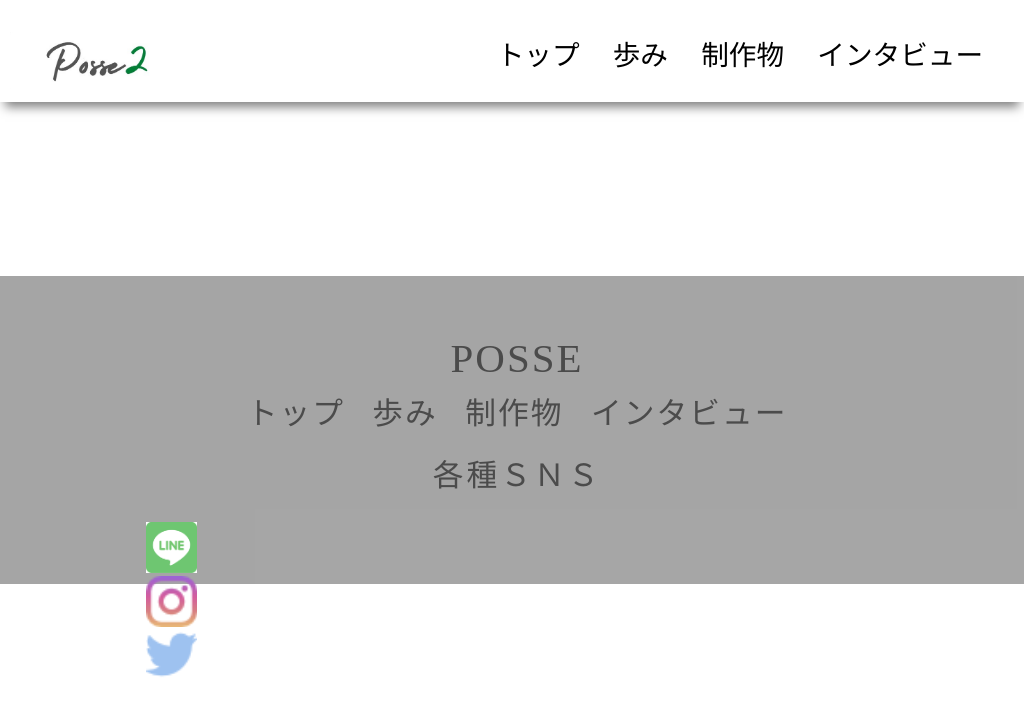
Repository: posse-ap/posse2-hackathon-202202-team2A
Page: topPage/index.html
The author's editor kept a copy of each file at every save. The page is drawn from the files as they stood at one save, then again after the next save.
The browser window is 1024 px wide. The pictures show the whole page.

Above is the page before, as saved 2022-02-15 03:00:01.

### topPage/index.html
<!DOCTYPE html>
<html lang="en">

<head>
    <meta charset="UTF-8" />
    <meta http-equiv="X-UA-Compatible" content="IE=edge" />
    <meta name="viewport" content="width=device-width, initial-scale=1.0" />
    <title>Document</title>
    <link rel="stylesheet" href="/reset.css" />
    <link rel="stylesheet" href="/topPage/style.css" />
</head>

<body>
    <!-- <header id="header" class="header">
        <div class="header_content">
            <div class="header_title">
                <img src="/topPage images/S__31211608.jpg" alt="" class="header_title_img">
            </div>
            <div class="header_links">
                <ul>
                    <li><a href="">トップページ</a></li>
                    <li><a href="">活動記録</a></li>
                    <li><a href="">日常の記録</a></li>
                    <li><a href="">保護者の方へ</a></li>
                </ul>
            </div>
        </div>
    </header> -->

    <header id="header" class="header">
        <div class="header_content">
            <div class="header_title">
                <img src="/topPage images/S__31211608.jpg" alt="" class="header_title_img">
            </div>
            <!-- ①サイトタイトル -->
            <div class="nav-wrapper header_links">
                <!-- ②ナビゲーションメニュー -->
                <nav class="header-nav">
                    <ul class="nav-list">
                        <li class="nav-item">
                            <a href="">トップ</a>
                        </li>
                        <li class="nav-item">
                            <a href="">歩み</a>
                        </li>
                        <li class="nav-item">
                            <a href="">制作物</a>
                        </li>
                        <li class="nav-item">
                            <a href="">インタビュー</a>
                        </li>
                    </ul>
                </nav>
            </div>
            <button class="burger-btn">
                <!-- ③ハンバーガーボタン -->
                <span class="bar bar_top"></span>
                <span class="bar bar_mid"></span>
                <span class="bar bar_bottom"></span>
            </button>
        </div>
    </header>



    <footer class="footer">
        <div class='footer_box'>
            <div class="footer_box1">
                <div class='footer_official_box'>
                    <label for="logo"><p>POSSE</p></label>
                    <!-- <a id='logo'  href="https://posse.anti-pattern.co.jp/"><img class='posse_logo_footer' src="img\posseLogo.png" alt="ポッセロゴ"></a> -->
                </div>
                <div class='footer_other_box'>
                    <div class='footer_page_in_site'>
                        <a href="">トップ</a>
                        <a href="">歩み</a>
                        <a href="">制作物</a>
                        <a href="">インタビュー</a>
                    </div>
                </div>
            </div>
            <div class='SNS'>
                <p>各種ＳＮＳ</p>
                <div class='SNS_box'>
                    <a href=""><img src="/topPage images/LINE.png" alt=""></a>
                    <a href="https://instagram.com/posse_programming?utm_medium=copy_link"><img src="/topPage images/instagram2.png" alt="instagram"></a>
                    <a href="https://twitter.com/posse_program?s=20"><img src="/topPage images/twitter2.png" alt="twitter"></a>
                </div>
            </div>
        </div>
    </footer>

    <script src="https://ajax.googleapis.com/ajax/libs/jquery/3.6.0/jquery.min.js"></script>
    <script src="/topPage/script.js"></script>
</body>

</html>

### topPage/style.css
html {
    font-size: 1vw;
}

body {
    text-align: center;
    margin: 0 auto;
    font-family: "ヒラギノ丸ゴ Pro W4", "ヒラギノ丸ゴ Pro", "Hiragino Maru Gothic Pro", "ヒラギノ角ゴ Pro W3", "Hiragino Kaku Gothic Pro", "HG丸ｺﾞｼｯｸM-PRO", "HGMaruGothicMPRO";
}

.header_content {
    width: 95%;
    height: 90%;
    display: flex;
    justify-content: space-between;
    opacity: 1;
    margin: 0 6rem 0.3rem 1rem;
}

.header_title {
    display: flex;
}

.header_title_img {
    display: block;
    width: 12rem;
    height: 4rem;
    opacity: 1;
}



.header_links {
    width: 40%;
    padding: 1rem 0 0 0;
}

.header_links ul {
    display: flex;
    justify-content: space-between;
}

.header_links li a {
    display: block;
    color: black;
    text-decoration: none;
    font-size: 1.7rem;
}

.header_links li a:hover {
    opacity: 0.4;
    transform: translate(0, -5px);
}


.header {
    width: 100%;
    height: 6rem;
    background: white;
    position: fixed;
    top: 0;
    left: 0;
    padding-top: 1.1rem;
    box-sizing: border-box;
    z-index: 5;
    box-shadow: 0px 10px 10px -5px rgba(0, 0, 0, 0.5);
}

.SNS_box{
    width: 150%;
}


/* -------------------- */
/* header
  /* -------------------- */
/* .header {
    align-items: center;
    background-color: #1b1310;
    border-bottom: 1px solid #fff;
    color: #fff;
    display: flex;
    height: 74px;
    justify-content: space-between;
    padding: 0 120px;
} */

/* .nav-list {

    display: flex;
} */

/* .nav-item {

    margin-right: 55px;
} */

.burger-btn {
    display: none;
}

/* ------------------ */
/* fv
  /* ------------------ */
.fv {
    align-items: center;
    background-color: #141414;
    background-image: url(../img/fv-bgi@2x.jpg);
    background-position: center;
    background-size: cover;
    display: flex;
    flex-direction: column;
    height: 90vh;
    justify-content: center;
}

/* .main-copy {
    border: 2px solid #fff;
    color: #fff;
    font-size: 50px;
    font-weight: bold;
    padding: 34px 42px;
} */

/* ------------------ */
/* about
  /* ------------------ */
.section-title {
    font-size: 36px;
    font-weight: bold;
    letter-spacing: .05em;
    margin-bottom: 70px;
    text-align: center;
}

h3 {
    font-size: 2.4rem;
    font-weight: bold;
    letter-spacing: .1em;
    line-height: 2;
    margin-bottom: 40px;
}

.section-wrapper {
    padding: 100px 10% 50px;
}

@media screen and (min-width:541px) and (max-width:1024px) {
    .header{
        height: 10rem;
    }

    .header_content{
        padding-top: 2rem;
    }

    .header_title_img{
        width: 100%;
        height: 70%;
    }

    .header_links li a{
        font-size: 2.7rem;
        margin-top: 0;
    }

    .header_links{
        width: 50%;
    }
}

@media screen and (max-width:540px) {

    /* ----------------------- */
    /* base_sp
    /* ----------------------- */
    /* デフォルトのbuttonスタイルをリセット */
    button {
        -webkit-appearance: none;
        -moz-appearance: none;
        appearance: none;
        background: transparent;
        border: 0;
        border-radius: 0;
        color: inherit;
        cursor: pointer;
        font: inherit;
        margin: 0;
        outline: none;
        padding: 0;
        vertical-align: middle;
    }

    /* ------------------ */
    /* humberger-menu */
    /* ------------------ */
    .header {
        padding: 0;
        height: 15rem;
    }

    .header_title_img{
        margin-top: 2rem;
        width: 30rem;
        height: 10rem;
    }

    /* 以下、ハンバーガーボタン */
    .burger-btn {
        display: block;
        height: 22%;
        position: relative;
        width: 20%;
        z-index: 3;
        /* codepenの挙動のため */
        background-color: transparent;
        border: none;
        margin-top: 6rem;
    }



    .bar {
        background-color: black;
        display: block;
        height: 0.1rem;
        left: 50%;
        position: absolute;
        transform: translateX(-50%);
        width: 7rem;
    }

    .bar_top {
        top: 3rem;
    }

    .bar_mid {
        top: 50%;
        transform: translate(-50%, -50%);
    }

    .bar_bottom {
        bottom: 3rem;
    }

    .burger-btn.close{
        margin-top: 8.4rem;
    }

    .burger-btn.close .bar_top {
        transform: translate(-50%,-4.3rem) rotate(45deg);
        transition: transform .3s;
    }

    .burger-btn.close .bar_mid {
        opacity: 0;
        transition: opacity .3s;
    }

    .burger-btn.close .bar_bottom {
        transform: translate(-50%, -1rem) rotate(-45deg);
        transition: transform .3s;
    }

    /* スクロール制御 */
    .noscroll {
        overflow: hidden;
    }

    /* 以下、ハンバーガーメニュー */
    .nav-wrapper {
        visibility: hidden;
        height: 100vh;
        left: 0;
        position: fixed;
        top: 0;
        width: 100vw;
        opacity: 0;
        transition: opacity .5s;
        z-index: 2;
        /*キービジュアルと.btn_triggerとの重なりの前後関係を調整*/
    }

    .header-nav {
        background-color: white;
        height: 100%;
        width: 100%;
        z-index: 2;
    }

    .header_links ul{
        display: block;
    }

    .nav-list {
        display: block;
        left: 50%;
        position: absolute;
        text-align: center;
        top: 50%;
        transform: translate(-50%, -50%);
    }

    .nav-item {
        margin-bottom: 40px;
        margin-right: 0;
    }

    .header_links li a{
        font-size: 5rem;
    }

    /* メニューオープン時 */
    .nav-wrapper.fade {
        opacity: 1;
        visibility: visible;
    }

    /* ------------------ */
    /* fv */
    /* ------------------ */
    .main-copy {
        font-size: 30px;
    }

    /* ------------------ */
    /* about */
    /* ------------------ */
    h3 {
        font-size: 20px;
        margin-bottom: 30px;
    }

    .section-wrapper {
        padding: 100px 5% 50px;
    }
}

/* ふったー */
.footer {
    background-color: grey;
    opacity: 0.7;
}

.footer_box {
    width: 65%;
    height: 15rem;
    display: flex;
    justify-content: space-around;
    padding: 6rem 0 0 0;
    position: relative;
    right: -23%;
    margin-top: 27rem;
}

.footer_official_box label p {
    color: black;
    font-size: 2.6rem;
    letter-spacing: 0.2rem;
}

.footer_official_box label p:hover {
    opacity: 0.4;
    transform: translate(0, -5px);
}

.footer_page_in_site a {
    color: black;
    text-decoration: none;
    font-size: 1.8rem;
    letter-spacing: 0.2rem;
}

.footer_page_in_site a:hover {
    opacity: 0.4;
    transform: translate(0, -5px);
}

.SNS {
    width: 14%;
}

.SNS_box a {
    margin: 1rem;
}

.SNS_box a img {
    width: 3rem;
    height: 3rem;
}

.SNS_box a :hover {
    opacity: 0.4;
    transform: translate(0, -5px);
}

.SNS p {
    color: black;
    font-size: 1.8rem;
    margin: 1rem 0;
    margin-left: 6rem;
    letter-spacing: 0.3rem;
    white-space: nowrap;
}

/* .SNS p:hover {
    opacity: 0.4;
    transform: translate(0, -5px);
} */

.posse_logo_footer {
    width: 80%;
    height: 40%;
}

.footer_other_box {
    font-size: 1.5rem;
    letter-spacing: 0.3rem;
    margin: 2rem;
}

.footer_page_in_site a {
    margin: 0 1rem;
}

.SNS_box{width: 250%;}

@media screen and (min-width:541px) and (max-width:1024px) {
    .footer{
        height: 30rem;
    }

    .footer_official_box label p{
        font-size: 7rem;
    }

    .SNS p{
        display: block;
        margin-left: 0;
        margin: 3rem auto;
        font-size: 3rem;
        white-space: nowrap;
    }

    .footer_page_in_site a{
        font-size: 3rem;
    }

    .footer_box{
        width: 75%;
        display: block;
        right: -13%;
    }

    .SNS{
        margin: 0 auto;
        width: 100%;
    }

    .SNS_box{
        width: 10%;
    }


    .footer_official_box label p{
        font-size: 4rem;
    }

    .SNS_box a img {
        width: 5rem;
        height: 5rem;
    }
}


@media screen and (max-width:540px) {
    .footer_box {
        display: block;
        height: 20rem;
        margin:  20rem 0;
        right: -5%;
        width: 90%;
    }

    .footer_official_box label p{
        font-size: 10rem;
    }

    .footer_page_in_site a{
        font-size: 5rem;
        display: block;
    }

    .footer_page_in_site{
        display: block;
        line-height: 7rem;
    }

    .footer{
        height: 70rem;
    }

    .SNS{
        margin: 0 auto;
        width: 100%;
    }

    .SNS p{
        margin-left: 0;
        display: block;
        width: 50rem;
        margin: 3rem auto;
        font-size: 7rem;
        white-space: nowrap
    }

    .SNS_box a img {
        width: 7rem;
        height: 7rem;
    }
}

### topPage/script.js
$('.burger-btn').on('click', function () {//.btn_triggerをクリックすると
    $('.burger-btn').toggleClass('close');//.btn_triggerにcloseクラスを付与(ボタンのアニメーション)
    $('.nav-wrapper').toggleClass('fade');//.nav-wrapperに
    $('body').toggleClass('noscroll');//bodyにnoscrollクラスを付与(スクロールを固定)
});

Loaded but not shown: reset.css (common file)

After the next save:
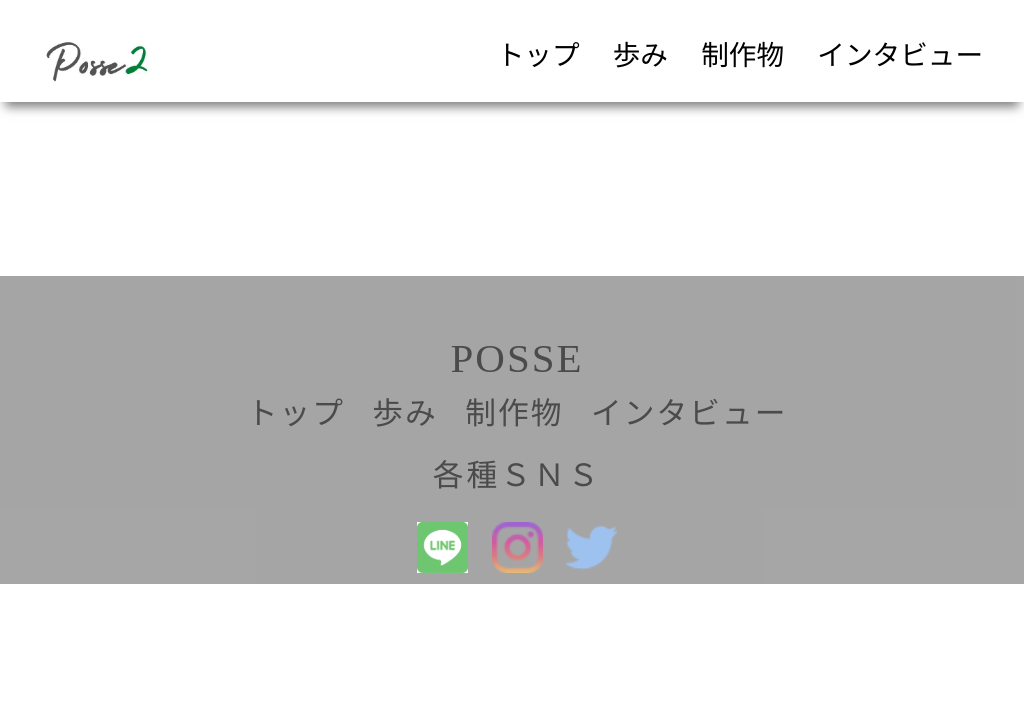
Saved 7 s later.
--- a/topPage/style.css
+++ b/topPage/style.css
@@ -458,7 +458,7 @@ h3 {
     }
 
     .SNS_box{
-        width: 10%;
+        width: 100%;
     }
 
 
